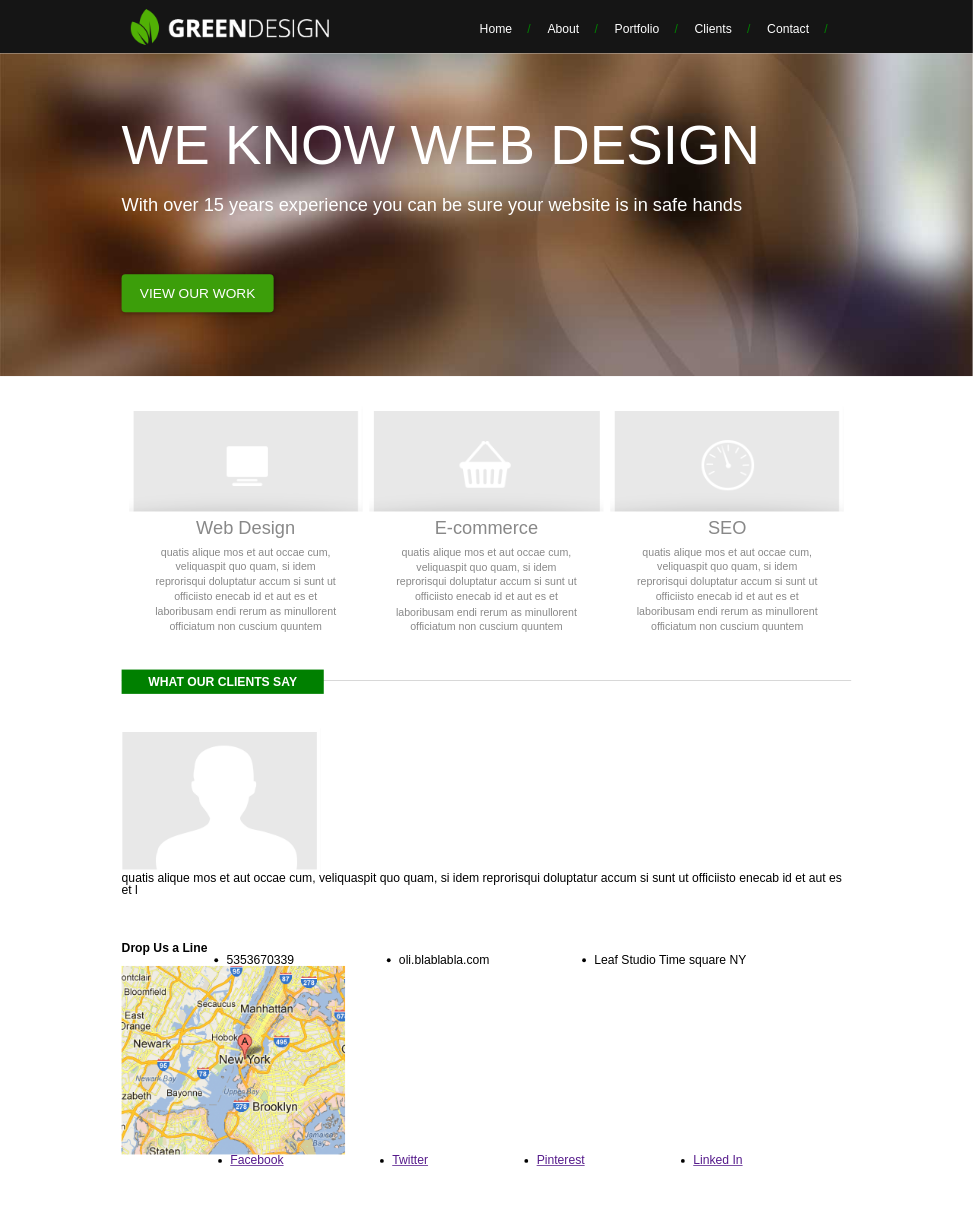
Repository: Piterwk1/psd-to-html
Page: website/index.html
These files come from the project's save history. The page is drawn as it stood at one moment and after the next save; the edit follows.
The browser window is 1280 px wide. The pictures show the whole page, at 76% of full size.

Above is the page before, as saved 2021-09-14 21:33:46.

### website/index.html
<html lang="en">

<head>
    <meta charset="UTF-8">
    <meta http-equiv="X-UA-Compatible" content="IE=edge">
    <meta name="viewport" content="width=device-width, initial-scale=1.0">
    <title>Green Design</title>
    <link rel="stylesheet" href="style.css">
</head>

<body>
    <header>
        <div class="wrapper">
            <h1 id="logo">Green Design</h1>
            <nav>
                <h2>Main Navigation</h2>
                <ul>
                    <li><a href="">Home</a><span>/</span></li>
                    <li><a href="">About</a><span>/</span></li>
                    <li><a href="">Portfolio</a><span>/</span></li>
                    <li><a href="">Clients</a><span>/</span></li>
                    <li><a href="">Contact</a><span>/</span></li>
                </ul>
            </nav>
        </div>
    </header>
    <div id="lead-banner">
        <img src="images/Baner.jpg" alt="main banner">
        <div class="banner-overlay">
            <div class="wrapper">
                <div class="banner-title">We know web Design</div>
                <p>With over 15 years experience you can be sure your website is in safe hands</p>
                <a href="">View our work</a>
            </div>
        </div>
    </div>
    <div id="main-content">

        <div class="wrapper">

            <section id="points-of-sale">
                <h2>Point of Sale</h2>
                <ul>
                    <li>
                        <img src="images/cs1.png" alt="Web Design">
                        <h3>Web Design</h3>
                        <p>quatis alique mos et aut occae cum, veliquaspit quo quam, si idem reprorisqui doluptatur
                            accum si
                            sunt ut officiisto enecab id et aut es et laboribusam endi rerum as minullorent officiatum
                            non
                            cuscium quuntem</p>
                    </li>
                    <li>
                        <img src="images/cs2.png" alt="E-commerce">
                        <h3>E-commerce</h3>
                        <p>quatis alique mos et aut occae cum, veliquaspit quo quam, si idem reprorisqui doluptatur
                            accum si
                            sunt ut officiisto enecab id et aut es et laboribusam endi rerum as minullorent officiatum
                            non
                            cuscium quuntem</p>
                    </li>
                    <li>
                        <img src="images/cs3.png" alt="SEO">
                        <h3>SEO</h3>
                        <p>quatis alique mos et aut occae cum, veliquaspit quo quam, si idem reprorisqui doluptatur
                            accum si
                            sunt ut officiisto enecab id et aut es et laboribusam endi rerum as minullorent officiatum
                            non
                            cuscium quuntem</p>
                    </li>
                </ul>
            </section>
            <section id="clients">
                <h2>What Our Clients Say</h2>
                <img src="images/head.png" alt="head">
                <!-- <img src="images/quotes.png" alt="quotes"> -->
                <blockquote>quatis alique mos et aut occae cum, veliquaspit quo quam, si idem reprorisqui doluptatur
                    accum
                    si sunt ut officiisto enecab id et aut es et l</blockquote>
            </section>
            <section id="contact">
                <h2>Drop Us a Line</h2>
                <ul id="contact-methods">
                    <li>5353670339</li>
                    <li>oli.blablabla.com</li>
                    <li>
                        <span>Leaf Studio</span>
                        <span>Time square</span>
                        <span>NY</span>
                    </li>
                </ul>
                <img src="images/map.png" alt="map">
                <ul id="social-map">
                    <li class="facebook"><a href="">Facebook</a></li>
                    <li class="twitter"><a href="">Twitter</a></li>
                    <li class="pinterest"><a href="">Pinterest</a></li>
                    <li class="linked-in"><a href="">Linked In</a></li>
                </ul>
            </section>
        </div>
    </div>
</body>

</html>

### website/style.css
html,
body,
div,
span,
object,
iframe,
h1,
h2,
h3,
h4,
h5,
h6,
p,
blockquote,
pre,
abbr,
address,
cite,
code,
del,
dfn,
em,
img,
ins,
kbd,
q,
samp,
small,
strong,
sub,
sup,
var,
b,
i,
dl,
dt,
dd,
ol,
ul,
li,
fieldset,
form,
label,
legend,
table,
caption,
tbody,
tfoot,
thead,
tr,
th,
td,
article,
aside,
canvas,
details,
figcaption,
figure,
footer,
header,
hgroup,
menu,
nav,
section,
summary,
time,
mark,
audio,
video {
  margin: 0;
  padding: 0;
  border: 0;
  outline: 0;
  font-size: 100%;
  vertical-align: baseline;
  background: transparent;
  font-family: arial;
}

body {
  line-height: 1;
}

article,
aside,
details,
figcaption,
figure,
footer,
header,
hgroup,
menu,
nav,
section {
  display: block;
}

nav ul {
  list-style: none;
}

blockquote,
q {
  quotes: none;
}

blockquote:before,
blockquote:after,
q:before,
q:after {
  content: "";
  content: none;
}

a {
  margin: 0;
  padding: 0;
  font-size: 100%;
  vertical-align: baseline;
  background: transparent;
}

/* change colours to suit your needs */
ins {
  background-color: #ff9;
  color: #000;
  text-decoration: none;
}

/* change colours to suit your needs */
mark {
  background-color: #ff9;
  color: #000;
  font-style: italic;
  font-weight: bold;
}

del {
  text-decoration: line-through;
}

abbr[title],
dfn[title] {
  border-bottom: 1px dotted;
  cursor: help;
}

table {
  border-collapse: collapse;
  border-spacing: 0;
}

/* change border colour to suit your needs */
hr {
  display: block;
  height: 1px;
  border: 0;
  border-top: 1px solid #cccccc;
  margin: 1em 0;
  padding: 0;
}

input,
select {
  vertical-align: middle;
}

header div {
  display: flex;
  justify-content: space-between;
  width: 100%;
  max-width: 960px;
  margin: 0 auto;
}

.wrapper {
  width: 100%;
  max-width: 960px;
  margin: 0 auto;
}

header {
  background: #151515;
}

#logo {
  background: url(images/Logo.png) no-repeat;
  height: 70px;
  width: 280px;
  text-indent: -100000px;
}

header nav {
  margin-top: 30px;
  margin-right: 20px;
  width: 50%;
}

header nav h2 {
  height: 0;
  text-indent: -100000px;
}
header nav a {
  color: #fff;
  text-decoration: none;
  font-family: arial;
}

header nav ul {
  display: flex;
  justify-content: space-around;
}

header nav span {
  color: green;
  margin-left: 20px;
}

#lead-banner img {
  width: 100%;
}

#lead-banner {
  max-height: 440px;
  overflow: hidden;
  position: relative;
}

.banner-overlay {
  position: absolute;
  top: 20%;
  width: 100%;
}

.banner-title {
  color: #fff;
  text-transform: uppercase;
  font-size: 72px;
}

#lead-banner p {
  color: #fff;
  font-size: 24px;
  min-width: 600px;
  margin-top: 30px;
}

#lead-banner a {
  color: #fff;
  display: block;
  width: 200px;
  font-size: 18px;
  text-align: center;
  padding: 16px 0;
  text-decoration: none;
  text-transform: uppercase;
  border-radius: 5px;
  margin-top: 80px;
  box-shadow: 1px 1px 6px rgba(0, 0, 0, 0.4);

  /* Permalink - use to edit and share this gradient: https://colorzilla.com/gradient-editor/#3c9e0a+0,3c9e0a+100 */
  background: #3c9e0a; /* Old browsers */
  background: -moz-linear-gradient(
    top,
    #3c9e0a 0%,
    #3c9e0a 100%
  ); /* FF3.6-15 */
  background: -webkit-linear-gradient(
    top,
    #3c9e0a 0%,
    #3c9e0a 100%
  ); /* Chrome10-25,Safari5.1-6 */
  background: linear-gradient(
    to bottom,
    #3c9e0a 0%,
    #3c9e0a 100%
  ); /* W3C, IE10+, FF16+, Chrome26+, Opera12+, Safari7+ */
  filter: progid:DXImageTransform.Microsoft.gradient( startColorstr='#3c9e0a', endColorstr='#3c9e0a',GradientType=0 ); /* IE6-9 */
}

section {
    margin: 40px 0 60px;
}

section#points-of-sale ul {
    list-style: none;
}

#points-of-sale h2 {
    height: 0;
    text-indent: -10000px;
}

section ul {
    display: flex;
    justify-content: space-evenly;
}

#points-of-sale li {
    width: 32%;
}

#points-of-sale li img {
    width: 100%;
}

#points-of-sale li h3 {

    text-align: center;
    color:  #888;
    font-size: 24px;
    font-weight: normal;
    margin: 10px  10px;
}

#points-of-sale p {
    text-align: center;
    width: 80%;
    margin: 0 10%;
    font-size: 14px;
    color: #888;
    line-height: 1.4em;
}

#clients {
    border-top: 1px solid #ccc;
    padding-top: 30px;
}

#clients h2{
background: green;
color: #fff;
padding: 8px;
text-align: center;
width: 250px;
text-transform: uppercase;
position: relative;
top: -45px;
}

After the next save:
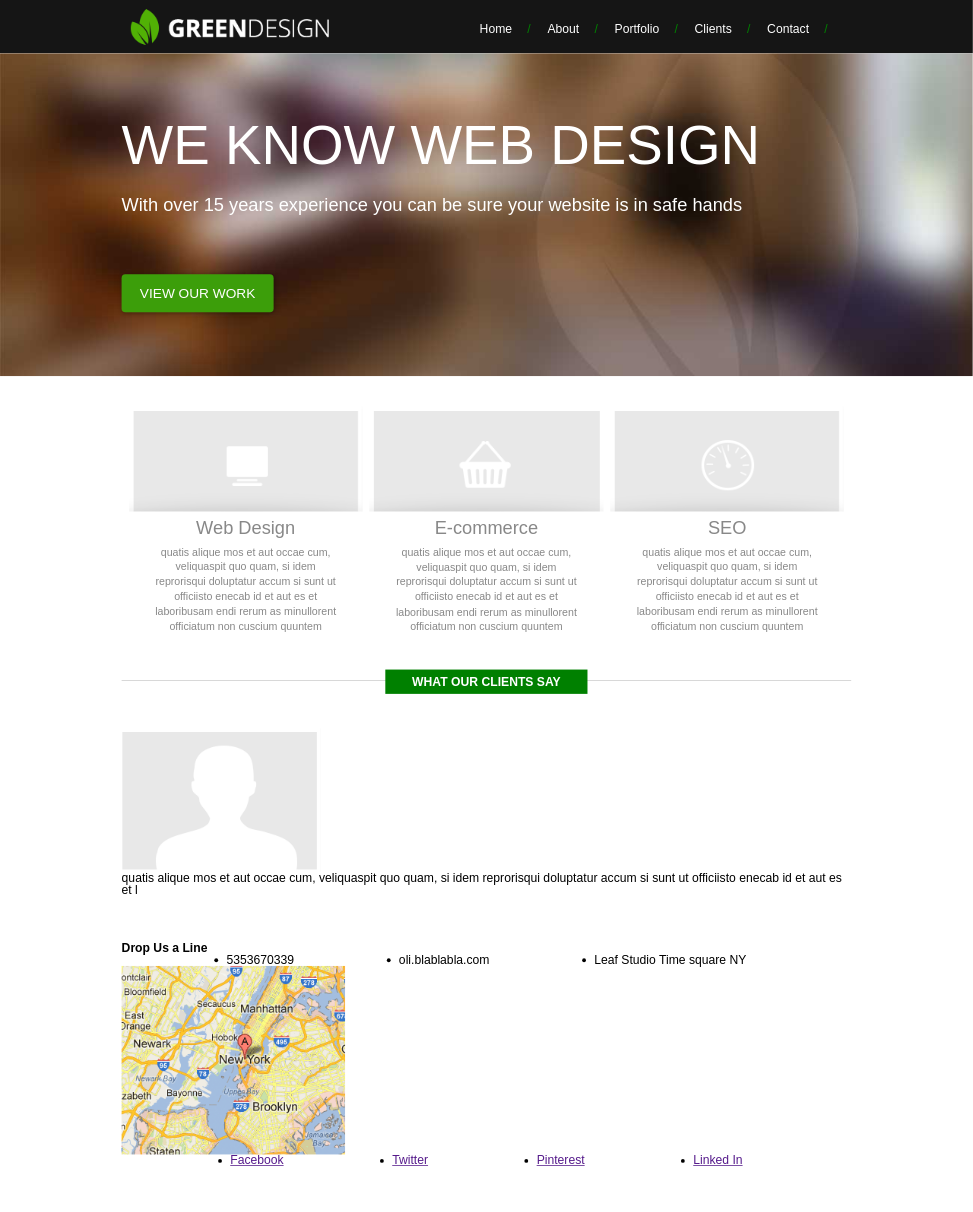
Saved 44 s later.
--- a/website/style.css
+++ b/website/style.css
@@ -336,4 +336,5 @@ width: 250px;
 text-transform: uppercase;
 position: relative;
 top: -45px;
-}
+margin: 0 auto;
+}
